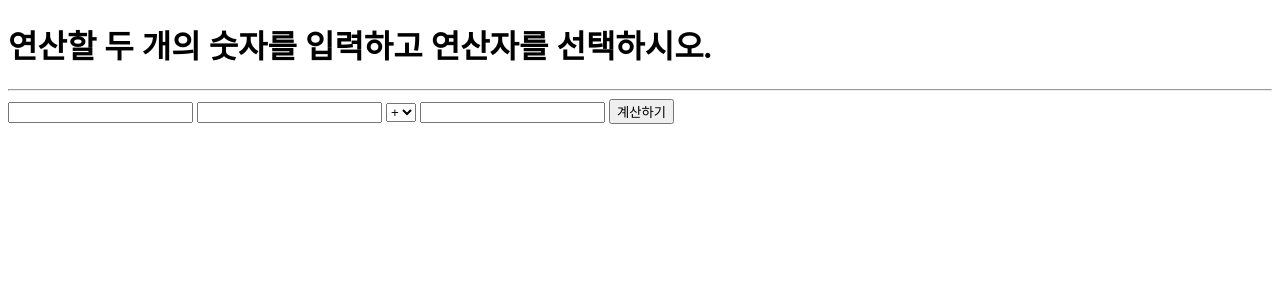
Repository: kdg0109/multicampus_course
Page: web course/workspace_web/mvc/WebContent/calcForm.html
The author's editor kept a copy of each file at every save. The page is drawn from the files as they stood at one save, then again after the next save.
The browser window is 1280 px wide. The pictures show the whole page.

Above is the page before, as saved 2018-02-09 06:27:20.

After the next save:
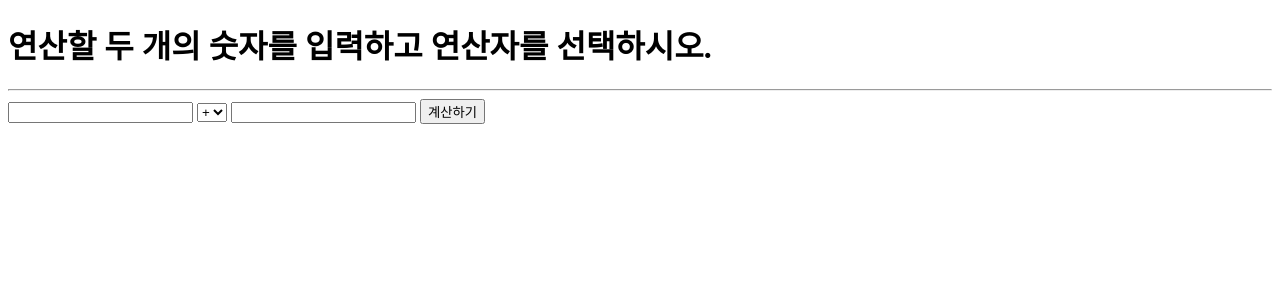
Saved 23 s later.
--- a/web course/workspace_web/mvc/WebContent/calcForm.html
+++ b/web course/workspace_web/mvc/WebContent/calcForm.html
@@ -9,8 +9,7 @@
 	<hr>
 	<form method="get" action="/mvc/calc" >
 		<input type="number" name = "firstNum" required>
-		<input name="favorite_calc" type=text list=favorite_calc_list>
-		<select id=favorite_calc_list>
+		<select name="favorite_calc">
 			<option value="+">+</option>
 			<option value="-">-</option>
 			<option value="*">*</option>
